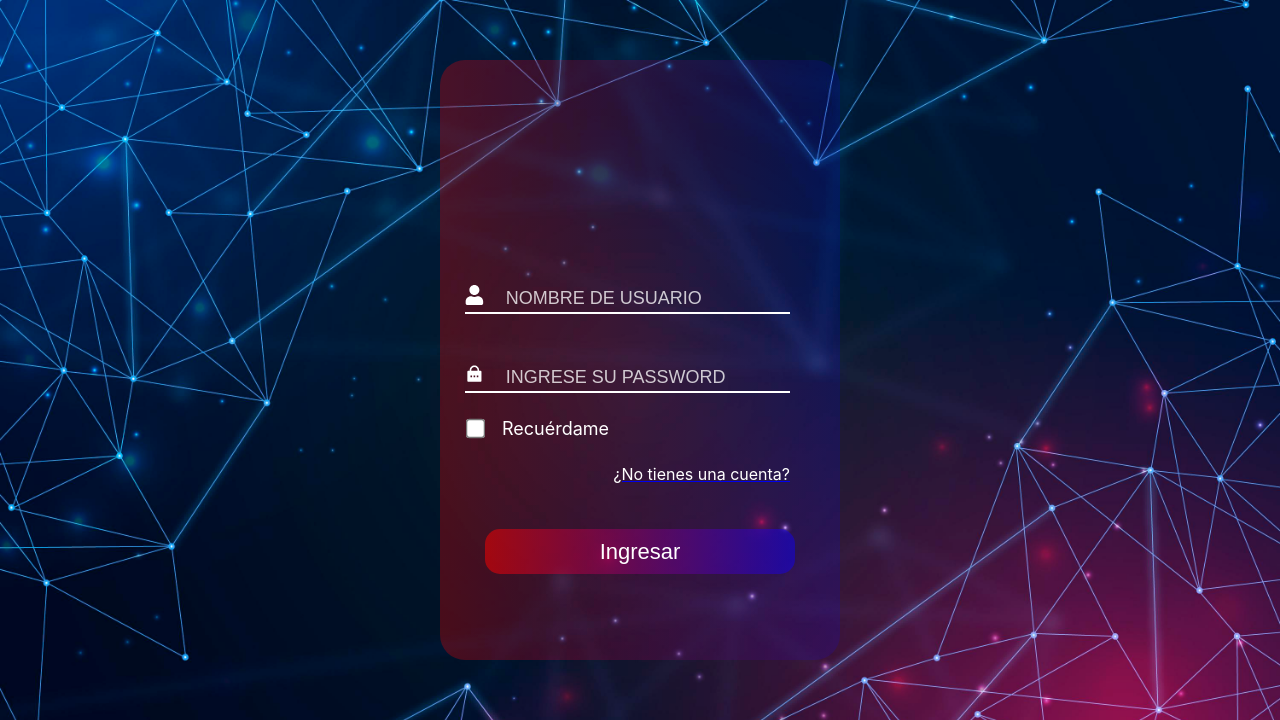
Repository: Davic1o/municipio
Page: /
The author's editor kept a copy of each file at every save. The page is drawn from the files as they stood at one save, then again after the next save.
The browser window is 1280 px wide. The pictures show the whole page.
The project was rebuilt for these pictures with package versions that can differ from the ones it lists, and the page was loaded fresh each time. Also part of the build but not shown: src/pages/Administrador/Admin.jsx, src/pages/Coord/Coord.jsx, src/pages/User/User.jsx, src/pages/Register/login.css, src/pages/Register/Register.jsx.

Above is the page before, as saved 2024-02-06 17:53:55.

### src/index.js
import React from 'react';
import ReactDOM from 'react-dom/client';
import './index.css';
import App from './App';
import { BrowserRouter } from 'react-router-dom';

const root = ReactDOM.createRoot(document.getElementById('root'));
root.render(
  <BrowserRouter>
    <App />
   </BrowserRouter>
);

### src/index.css
body {
  margin: 0;
  font-family: -apple-system, BlinkMacSystemFont, 'Segoe UI', 'Roboto', 'Oxygen',
    'Ubuntu', 'Cantarell', 'Fira Sans', 'Droid Sans', 'Helvetica Neue',
    sans-serif;
  -webkit-font-smoothing: antialiased;
  -moz-osx-font-smoothing: grayscale;
}

code {
  font-family: source-code-pro, Menlo, Monaco, Consolas, 'Courier New',
    monospace;
}
input{
  text-decoration: none;
  border: none;
}
button{
  background-color: transparent;
  text-decoration: none;
  border: none;
}

### src/App.jsx

import './App.css';
import Rutas from './routes/Rutas';

function App() {
  return (
    <div className="App">
      <Rutas/>
    </div>
  );
}

export default App;

### src/routes/Rutas.jsx
import React from 'react'
import { Routes, Route } from 'react-router-dom';
import Login from '../pages/Login/Login';
import Admin from '../pages/Administrador/Admin';
import Coord from '../pages/Coord/Coord';
import User from '../pages/User/User';
import Register from '../pages/Register/Register';


function Rutas() {
  return (


    <Routes>
    <Route exact path="/" element={<Login/>} />
    <Route exact path="/Registro" element={<Register/>} />
    <Route exact path="/Administrador" element={<Admin/>} />
    <Route path='/Coordinador' element={<Coord/>} />
    <Route path='/Usuario' element={<User/>} />

    </Routes>

  )
}

export default Rutas

### src/pages/Login/Login.jsx
import React, { useState } from 'react';
import { FaUser } from 'react-icons/fa';
import { RiLockPasswordFill } from 'react-icons/ri';
import { Link, useNavigate } from 'react-router-dom';
import './login.css';

const Login = () => {
  const navigate = useNavigate();
  const [username, setUsername] = useState('');
  const [password, setPassword] = useState('');

  const handleUsernameChange = (event) => {
    setUsername(event.target.value);
  };

  const handlePasswordChange = (event) => {
    setPassword(event.target.value);
  };

  const handleLogin = () => {
    if (username === 'admin' && password === 'admin') {
      // Redirigir al componente Administrador
      navigate('/Administrador');
    } else if (username === 'user' && password === 'user') {
      // Redirigir al componente Usuario
      navigate('/Usuario');
    } else if (username === 'cor' && password === 'cor') {
      // Redirigir al componente Coordinador
      navigate('/Coordinador');
    } else {
      // Mostrar un mensaje de error o manejar de otra manera
      alert('Credenciales incorrectas');
    }
  };

  return (
    <div className="login__container">
      <div className="login__recuadro">
        <div className="login__formulario">
          <div className="contenedor__nombre">
            <FaUser className="icon__nombre" />
            <input
              type="text"
              className="inp__nombre"
              placeholder="NOMBRE DE USUARIO"
              value={username}
              onChange={handleUsernameChange}
            />
          </div>
          <div className="contenedor__password">
            <RiLockPasswordFill className="icon__password" />
            <input
              type="password"
              className="inp__password"
              placeholder="INGRESE SU PASSWORD"
              value={password}
              onChange={handlePasswordChange}
            />
          </div>
          <div className="contenedor__recuerdame">
            <input type="checkbox" className="inp__recuerdame" />
            <label htmlFor="" className="lbl__recuerdame">
              Recuérdame
            </label>
          </div>
          <div className="contenedor__registrar">
            <Link to={'/Registro'}>
            <label htmlFor="" className="lbl__registrar">
              ¿No tienes una cuenta?
            </label>

            </Link>
          </div>
          <div className="contendor__ingresar">
            <button className="btn__ingresar" onClick={handleLogin}>
              Ingresar
            </button>
          </div>
        </div>
      </div>
    </div>
  );
};

export default Login;

### src/pages/Login/login.css
.login__container {
    background-image:  url('../../images/fondo_informacion.jpg');
    background-size: cover;
    height: 100vh;
    width: 100vw;
    box-sizing: border-box;
    display: flex;
    align-items: center;
    justify-content: center;
    z-index: 0;
}
.login__recuadro{
    width: 400px;
    height: 600px;
    border-radius: 25px;
    background: linear-gradient(to right, rgba(253, 0, 0, 0.288) 1%, rgba(16, 0, 235, 0.171));
}
.login__formulario{
    margin-top: 200px;
}
.contenedor__nombre, .contenedor__password{
    padding-top: 25px;
    width: 325px;
    margin: 25px;
    display: flex;
    border-bottom: 2px solid white ;
}
.icon__nombre, .icon__password{
    margin-right: 20px;
    font-size: 20px;
    background-color: transparent;
    color: white;
}
.inp__nombre, .inp__password{

    background-color: transparent;
    width: 300px;
    height: 25px;
    font-size: 18px;
    color: white;
}
.inp__nombre::placeholder, .inp__password::placeholder{
    font-size: 18px;
color: rgba(255, 255, 255, 0.767);
}
.inp__nombre:focus, .inp__password:focus{
    outline: none;
    font-size: 18px;
    border: none;
    color: white;
}
.contenedor__recuerdame{
    width: 325px;
    margin: 25px;
    display: flex;
}
.inp__recuerdame{
    transform: scale(1.5);
    margin-right: 20px;
}
.lbl__recuerdame{
    font-size: 18px;
    color: white;
}
.contenedor__registrar{
    width: 325px;
    margin: 25px;
    display: flex;
    justify-content: right;
}
.lbl__registrar{
    color: white;
}
.lbl__registrar:hover{
    color: blue;
    cursor: pointer;
}
.contendor__ingresar{

    background: linear-gradient(to right, rgba(253, 0, 0, 0.514) 1%, rgba(16, 0, 235, 0.514));
    border-radius: 15px;
    margin: 45px;
    display: flex;
    justify-content: center;
}
.btn__ingresar{
    height: 45px;
    color: white;
    font-size: 22px;
    cursor: pointer;

}

Loaded but not shown: public/index.html (common file); src/App.css (common file)

After the next save:
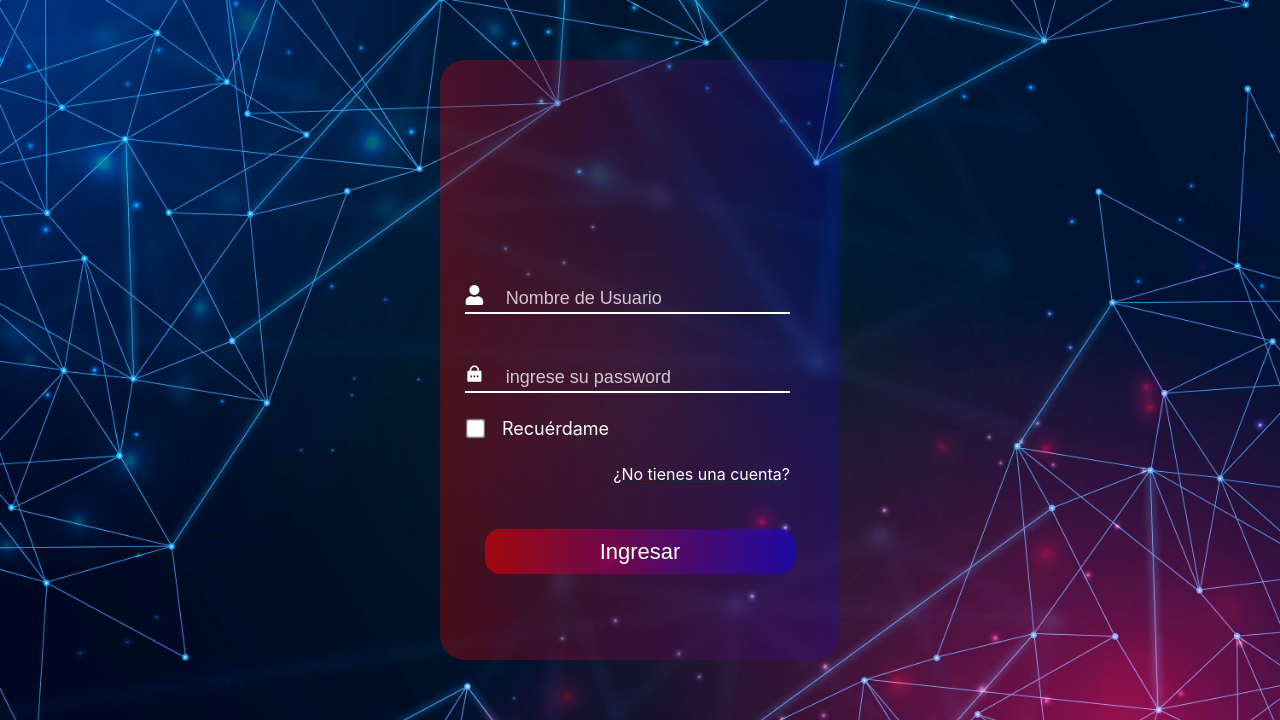
Saved 81 s later.
--- a/src/pages/Login/Login.jsx
+++ b/src/pages/Login/Login.jsx
@@ -42,7 +42,7 @@ const Login = () => {
             <input
               type="text"
               className="inp__nombre"
-              placeholder="NOMBRE DE USUARIO"
+              placeholder="Nombre de Usuario"
               value={username}
               onChange={handleUsernameChange}
             />
@@ -52,7 +52,7 @@ const Login = () => {
             <input
               type="password"
               className="inp__password"
-              placeholder="INGRESE SU PASSWORD"
+              placeholder="ingrese su password"
               value={password}
               onChange={handlePasswordChange}
             />
